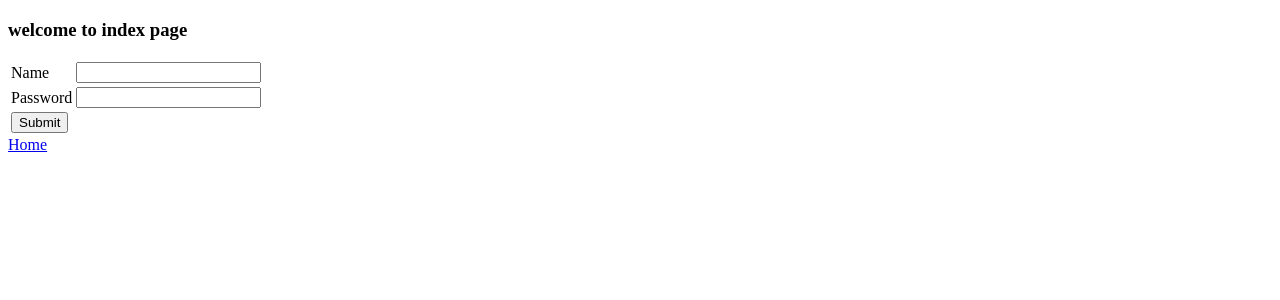
Repository: ShivrajMPujari/Spring_Rest
Page: http://localhost/SpringMVCdemo/
These files come from the project's save history. The page is drawn as it stood at one moment and after the next save; the edit follows.
The browser window is 1280 px wide. The pictures show the whole page.
The page is served by Tomcat 9. Other server files are loaded and not shown.

Above is the page before, as saved 2018-07-25 11:43:50.

### SpringMVCdemo/src/main/webapp/WEB-INF/views/index.jsp
<%@ taglib uri="http://java.sun.com/jsp/jstl/core" prefix="c" %>
<%@ page language="java" contentType="text/html; charset=UTF-8"
    pageEncoding="UTF-8"%>
<!DOCTYPE html>
<html>
<head>
<meta charset="UTF-8">
<title>Insert title here</title>
</head>
<body>

<h3>${message}</h3>

<form action="home" method="get">

<table>
  <tr>
  <td> Name </td>
  <td> <input name="name" type="text"/></td>
  </tr>
  <tr>
  <td> Password </td>
  <td> <input name="name" type="password"/></td>
  </tr>
  <tr>
  <td colspan="2"><input type="submit"> </td>
  </tr>
</table>


</form>
<a href="home">Home</a>

</body>
</html>

After the next save:
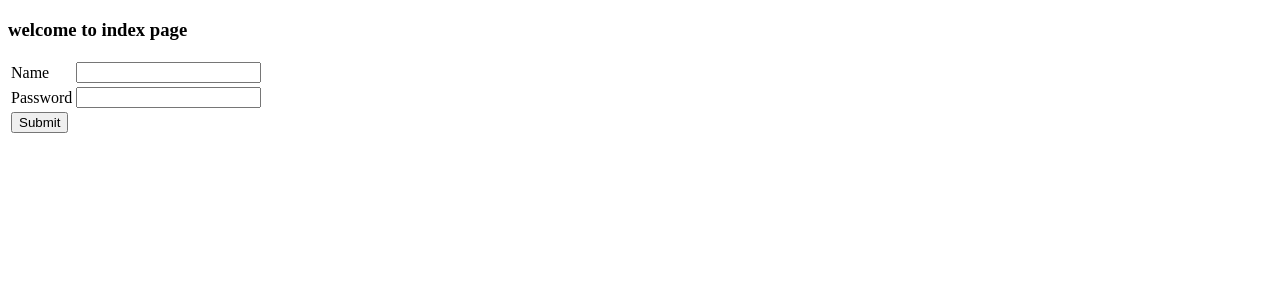
Saved 8 s later.
--- a/SpringMVCdemo/src/main/webapp/WEB-INF/views/index.jsp
+++ b/SpringMVCdemo/src/main/webapp/WEB-INF/views/index.jsp
@@ -29,7 +29,6 @@
 
 
 </form>
-<a href="home">Home</a>
 
 </body>
 </html>
